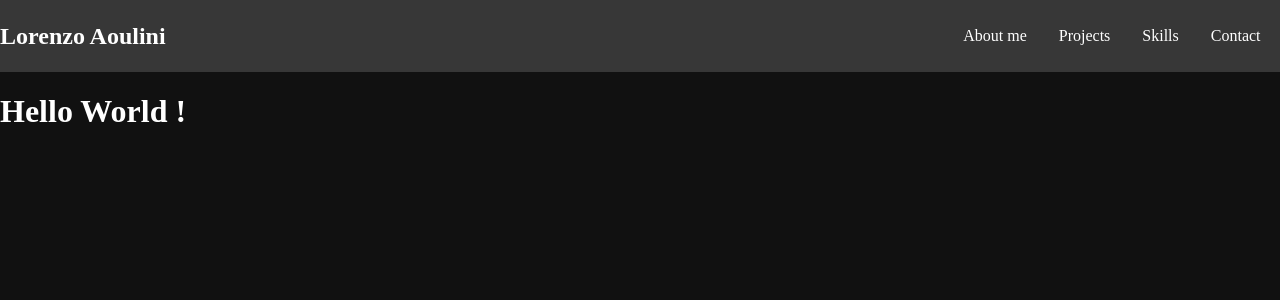
Repository: lolo298/lolo298.github.io
Page: index.html
An editor plug-in stored every save of this project. The page is shown before and after the next save, followed by the edit.
The browser window is 1280 px wide. The pictures show the whole page.

Above is the page before, as saved 2022-05-09 17:13:58.

After the next save:
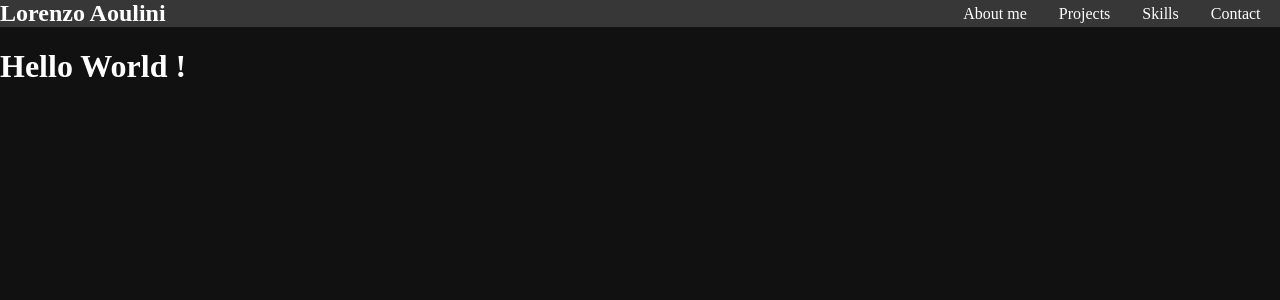
Saved 17 s later.
--- a/css/style.css
+++ b/css/style.css
@@ -1,4 +1,6 @@
-html {}
+html {
+    background-color: #111111;
+}
 
 body {
     padding: 0;
@@ -7,9 +9,8 @@ body {
 
 .main-container {
     color: white;
-    height: 100vh;
-    width: 100vw;
-    background-color: #111111;
+    height: 100%;
+    width: 100%;
 }
 
 .main-navbar {
